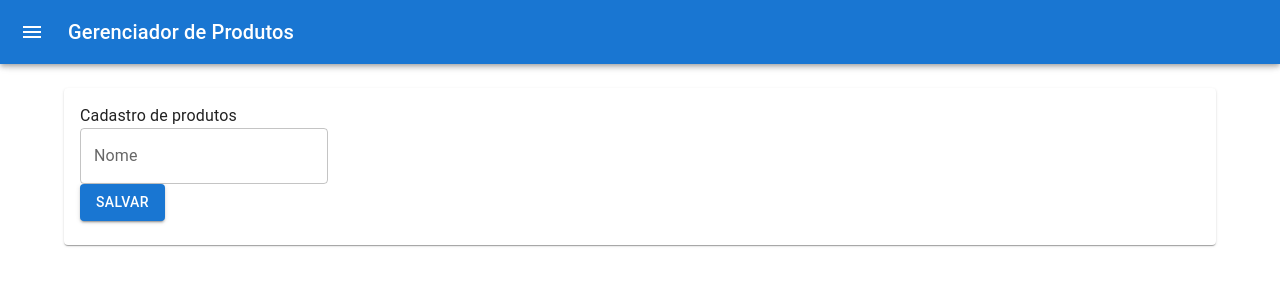
Repository: KennedyWanderson/crud-web
Page: /
These files come from the project's save history. The page is drawn as it stood at one moment and after a run of saves; the edit follows.
The browser window is 1280 px wide. The pictures show the whole page.
The project was rebuilt for these pictures with package versions that can differ from the ones it lists, and the page was loaded fresh each time. Also part of the build but not shown: src/Components/ProductList.js, src/Components/CategoryRegister.js, src/Components/CategotyList.js.

Above is the page before, as saved 2023-11-15 16:22:23.

After the next 6 saves:
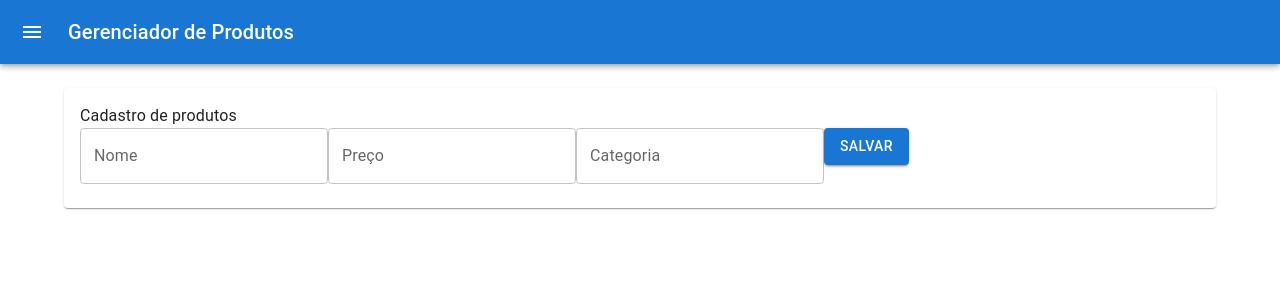
The 6 saves are shown as one change because they came seconds apart.
The last was saved 12 s later.
--- a/src/Components/ProductRegister.js
+++ b/src/Components/ProductRegister.js
@@ -11,12 +11,14 @@ function ProductRegister(props) {
                         <TextField className={`w-96`} id="outlined-basic" label="Nome" variant="outlined" />
 
 
+                        <TextField id="outlined-basic" label="Preço" variant="outlined" />
 
 
+                        <TextField id="outlined-basic" label="Categoria" variant="outlined" />
 
-                    <div>
+
                         <Button variant="contained">Salvar</Button>
-                    </div>
+
                 </div>
             </CardContent>
 
